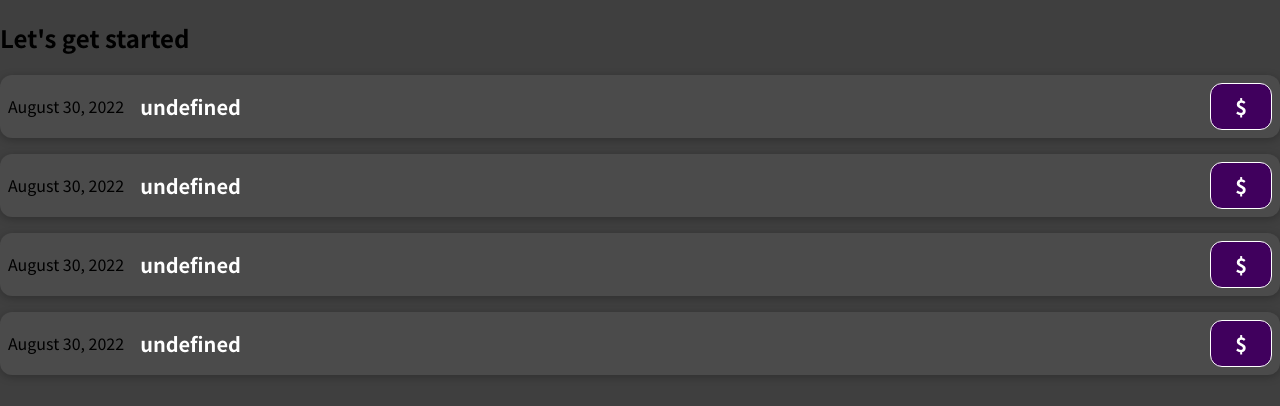
Repository: runner855/expense-tracker
Page: /
These files come from the project's save history. The page is drawn as it stood at one moment and after the next save; the edit follows.
The browser window is 1280 px wide. The pictures show the whole page.
The project was rebuilt for these pictures with package versions that can differ from the ones it lists, and the page was loaded fresh each time.

Above is the page before, as saved 2022-09-02 12:33:55.

### src/index.js
import React from 'react';
import ReactDOM from 'react-dom/client';
import expenses from './data/expenses.json';
import './styles/index.css';
import App from './components/App';

const root = ReactDOM.createRoot(document.getElementById('root'));
root.render(
  <React.StrictMode>
    <App expenses={expenses.expenses} />
  </React.StrictMode>
);

### src/data/expenses.json
{
  "expenses": [
    {
      "id": "e1",
      "title": "Toilet Paper",
      "amount": 94.12,
      "date": "new Date(2020, 7, 14)"
    },
    {
      "id": "e2",
      "title": "New TV",
      "amount": 799.49,
      "date": "new Date(2021, 2, 12)"
    },
    {
      "id": "e3",
      "title": "Car Insurance",
      "amount": 294.67,
      "date": "new Date(2021, 2, 28)"
    },
    {
      "id": "e4",
      "title": "New Desk (Wooden)",
      "amount": 450,
      "date": "new Date(2021, 5, 12)"
    }
  ]
}

### src/components/App.js
import React from 'react';
import ExpenseItem from '../components/ExpenseItem';


const App = () => {





  return (
    <div className="App">
      <h2>Let's get started</h2>
      <ExpenseItem />
      <ExpenseItem />
      <ExpenseItem />
      <ExpenseItem />



    </div>
  );
}

export default App;

### src/components/ExpenseItem.js
import React from 'react';
import '../styles/ExpenseItem.css'
import moment from 'moment';


const ExpenseItem = (props) => {

  const { date, title, amount } = props;
  console.log(props)
  const expenseDate = new Date(2021, 2, 28);
  const formattedDate = moment(expenseDate).format('LL')
  const expenseTitle = 'Car Insurance';
  const expenseAmount = 294.67;
  return (
    <div className='expense-item'>
      <div>{moment(props.date).format('LL')}</div>
      <div className='expense-item__description'>
        <h2>{`${props.title}`}</h2>
        <div className='expense-item__price'>${props.amount}</div>
      </div>
    </div>
  );
}

export default ExpenseItem;

### src/styles/ExpenseItem.css
.expense-item {
  display: flex;
  justify-content: space-between;
  align-items: center;
  box-shadow: 0 2px 8px rgba(0, 0, 0, 0.25);
  padding: 0.5rem;
  margin: 1rem 0;
  border-radius: 12px;
  background-color: #4b4b4b;
}

.expense-item__description {
  display: flex;
  flex-direction: column;
  gap: 1rem;
  align-items: flex-end;
  flex-flow: column-reverse;
  justify-content: flex-start;
  flex: 1;
}

.expense-item h2 {
  color: #3a3a3a;
  font-size: 1rem;
  flex: 1;
  margin: 0 1rem;
  color: white;
}

.expense-item__price {
  font-size: 1rem;
  font-weight: bold;
  color: white;
  background-color: #40005d;
  border: 1px solid white;
  padding: 0.5rem;
  border-radius: 12px;
}

@media (min-width: 580px) {
  .expense-item__description {
    flex-direction: row;
    align-items: center;
    justify-content: flex-start;
    flex: 1;
  }

  .expense-item__description h2 {
    font-size: 1.25rem;
  }

  .expense-item__price {
    font-size: 1.25rem;
    padding: 0.5rem 1.5rem;
  }
}

Loaded but not shown: public/index.html (common file); src/styles/index.css (common file)

After the next save:
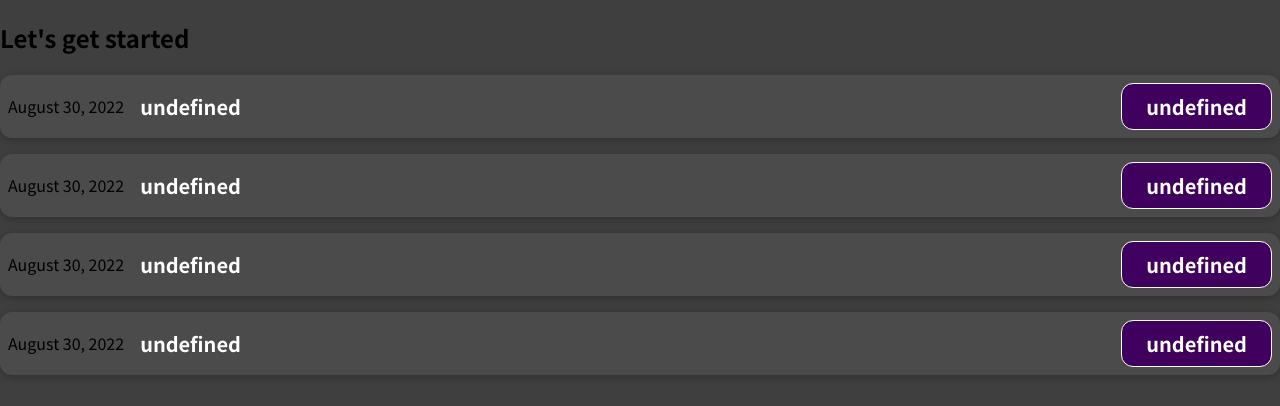
Saved 17 s later.
--- a/src/components/ExpenseItem.js
+++ b/src/components/ExpenseItem.js
@@ -16,7 +16,7 @@ const ExpenseItem = (props) => {
       <div>{moment(props.date).format('LL')}</div>
       <div className='expense-item__description'>
         <h2>{`${props.title}`}</h2>
-        <div className='expense-item__price'>${props.amount}</div>
+        <div className='expense-item__price'>{`${props.amount}`}</div>
       </div>
     </div>
   );
